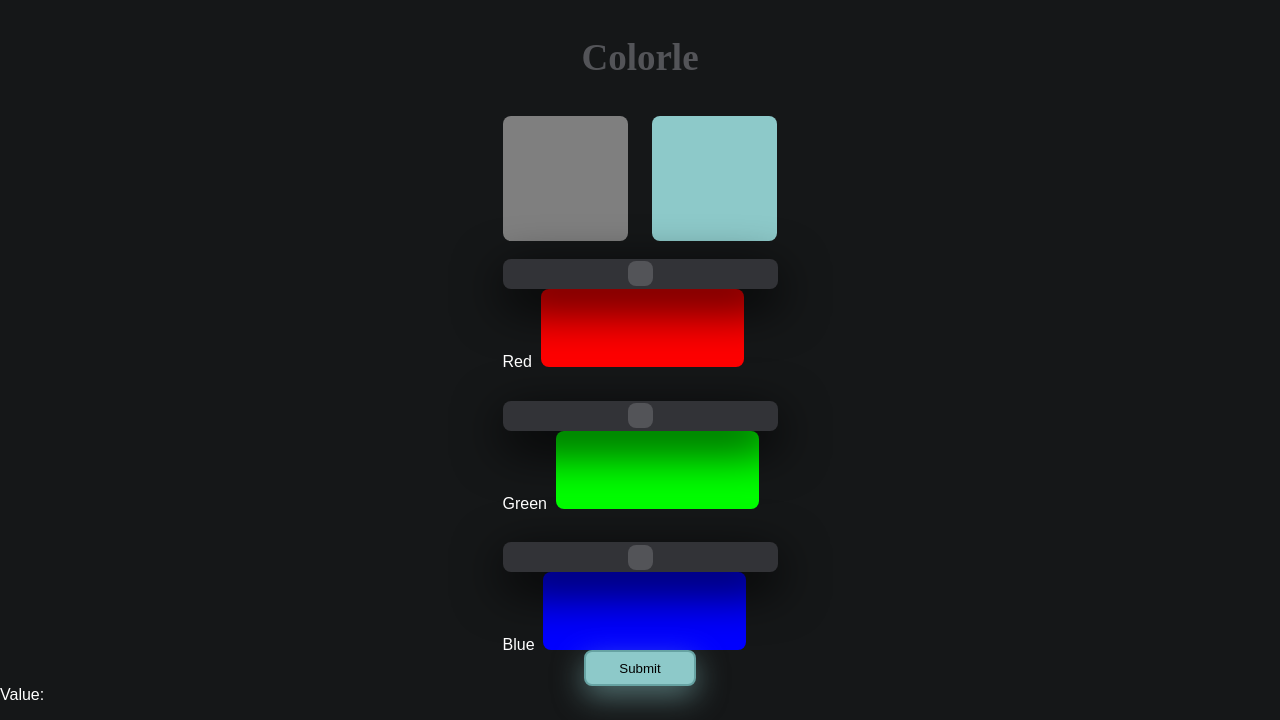
Repository: Artem-Melnik/Colorle
Page: index.html
These files come from the project's save history. The page is drawn as it stood at one moment and after the next save; the edit follows.
The browser window is 1280 px wide. The pictures show the whole page.
The first visible `#submitButton` is being pressed.

Above is the page before, as saved 2022-05-14 17:19:37.

### index.html
<!-- TODO: Change text/icon color -->
<!-- TODO: Represent guess correctness using Linear-style icons -->
<!-- TODO: Replace Colorle text logo with SVG/image due to font problems -->
<!-- TODO: Add textboxes where player can enter exact RGB values -->
<!DOCTYPE html>
<html>
  <head>
    <title>Parcel Sandbox</title>
    <link rel="stylesheet" href="styles.css">
    <meta charset="UTF-8" />
    <meta name="viewport" content="width=device-width" />
  </head>

  <script
    src="https://ajax.googleapis.com/ajax/libs/jquery/3.6.0/jquery.min.js"
    type="text/javascript"
  ></script>
  <script
    src="https://ajax.googleapis.com/ajax/libs/jqueryui/1.13.1/jquery-ui.min.js"
    type="text/javascript"
  ></script>
  <script src="https://unpkg.com/feather-icons"></script>
  <script>
      feather.replace();
    </script>
  <script type="module" src="index.js" type="text/javascript"></script>

  <body>
    <div id="app"></div>
    <div class="topBar">
      <p id="title">Colorle</p>
      <p>
        <button type="button" id="themeToggle">
          <i id="themeIcon" data-feather="sun"></i>
        </button>
      </p>
    </div>

    <div id="topColors">
      <div id="previewAll"></div>
      <div id="correctColor"></div>
    </div>
    <div id="redContainer">
      <input
        type="range"
        min="0"
        max="255"
        value="128"
        class="slider"
        id="sliderRed"
      />
      <p class="currentColor" id="currentRed">Red</p>
      <p class="rating" id="ratingRed"></p>
      <div id="previewRed"></div>
    </div>
    <div id="greenContainer">
      <input
        type="range"
        min="0"
        max="255"
        value="128"
        class="slider"
        id="sliderGreen"
      />
      <p class="currentColor" id="currentGreen">Green</p>
      <p class="rating" id="ratingGreen"></p>
      <div id="previewGreen"></div>
    </div>
    <div id="blueContainer">
      <input
        type="range"
        min="0"
        max="255"
        value="128"
        class="slider"
        id="sliderBlue"
      />
      <p class="currentColor" id="currentBlue">Blue</p>
      <p class="rating" id="ratingBlue"></p>
      <div id="previewBlue"></div>
    </div>
    <div class="guessText">
      <p>Value: <span id="guessColor"></span></p>
    </div>
    <div class="buttonContainer">
      <button type="button" id="submitButton">Submit</button>
    </div>
  </body>
</html>

### styles.css
body {
  font-family: sans-serif;
  margin: 0;
  background: #151718;
  color: #ffffff;
}

.lightTheme {
  background: #ffffff;
  color: #151718;
}

/* Changes the correctColor gradient to dark/black */
/* .correctColorDark {
  background-image: linear-gradient(
    to bottom,
    rgba(0, 0, 0, 0),
    rgba(0, 0, 0, 1) 100%
  ) !important;
} */

#themeToggle {
  width: 25px;
  height: 25px;
  position: absolute;
  right: 15px;
  top: 15px;
  color: grey;
  background: none;
  border: none;
}

#themeIcon {
  color: grey;
  width: 25px;
  height: 25px;
  transform: scale(1);
  transition: all 0.5s;
}

#themeIcon.animate {
  color: grey;
  transform: scale(0);
}

.transform-active {
  /* background-color: blue;
  animation-name: darkToLight;
  animation-duration: 1s; */
  color: #151718;
}

.transform {
  -webkit-transition: all 2s ease;
  -moz-transition: all 2s ease;
  -o-transition: all 2s ease;
  -ms-transition: all 2s ease;
  transition: all 2s ease;
}

/* @keyframes darkTolight {
  0% {
    color: #ffffff;
  }
  100% {
    color: #151718;
  }
} */

#title {
  justify-content: center;
  font-family: "Asap";
  font-style: normal;
  font-weight: 700;
  font-size: 37px;
  line-height: 42px;
  display: flex;
  align-items: center;
  text-align: center;
  color: #535458;
}

/* #previewId {
  width: 100px;
  height: 100px;
  background-color: var(color);
  border: solid black;
} */

/* correctColor gradient */
/* #correctColor {
  position: absolute;
  top: 0px;
  width: 100%;
  height: 25%;
  background-color: var(color);
  margin: auto;
  background-image: linear-gradient(
    to bottom,
    rgba(255, 255, 255, 0),
    rgba(255, 255, 255, 1) 100%
  );
  z-index: -1;
} */

#topColors {
  width: 275px;
  margin: auto;
}

#correctColor {
  display: inline-block;
  position: relative;
  width: 125px;
  height: 125px;
  border-radius: 8px;
  margin-left: 10px;
}

#previewAll {
  background-color: rgb(127, 127, 127);
  display: inline-block;
  position: relative;
  width: 125px;
  height: 125px;
  border-radius: 8px;
  order: 1;
  margin-right: 10px;
}

#redContainer,
#greenContainer,
#blueContainer {
  display: auto;
  justify-content: center;
  margin: auto;
  width: 275px;
}

#sliderRed,
#sliderGreen,
#sliderBlue {
  display: block;
  -webkit-appearance: none;
  -moz-appearance: none;
  appearance: none;
  background: #323337;
  width: 275px;
  height: 30px;
  top: 100px;
  border-radius: 8px;
  margin: auto;
  margin-top: 5%;
  filter: drop-shadow(0px 15px 25px #000000);
}

#sliderRed::-webkit-slider-thumb,
#sliderGreen::-webkit-slider-thumb,
#sliderBlue::-webkit-slider-thumb {
  -webkit-appearance: none;
  appearance: none;
  width: 25px;
  height: 25px;
  background: #535458;
  cursor: pointer;
  border-radius: 8px;
}

#currentRed,
#currentGreen,
#currentBlue,
#ratingRed,
#ratingGreen,
#ratingBlue {
  display: inline-block;
  position: relative;
}

#previewRed,
#previewGreen,
#previewBlue {
  display: inline-block;
  position: relative;
  width: 203px;
  height: 78px;
  /* background-color: var(color); */
  /* border: solid black; */
  border-radius: 8px;
  margin: auto;
  z-index: -1;
}

#previewRed {
  background-color: rgb(255, 0, 0);
}

#previewGreen {
  background-color: rgb(0, 255, 0);
}

#previewBlue {
  background-color: rgb(0, 0, 255);
}

.buttonContainer {
  display: flex;
  justify-content: center;
}

#submitButton {
  position: fixed;
  width: 112px;
  height: 36px;
  bottom: 4%;
  border: 2px solid;
  border-radius: 8px;
  transition: all 0.3s ease 0s;
}

#submitButton:hover {
  position: fixed;
  width: 112px;
  height: 36px;
  bottom: 4%;
  border: 2px solid;
  border-radius: 8px;
  filter: drop-shadow(0px 10px 15px #8dc9c980);
  transform: translateY(-5px);
}

### index.js
// document.getElementById("sliderRange").innerHTML = `
// <div class="slidercontainer"></div>
// `;
// var root = document.querySelector(":root");
// var slider = document.getElementById("sliderRange");
// // Change "demo" to something else?
// var sliderRange = document.getElementById("demo");
// sliderRange.innerHTML = slider.value;
let correctRed = 141;
let correctGreen = 201;
let correctBlue = 201;

let red;
let green;
let blue;
// TODO: Split correctRGB into 3 seperate colors
let correctRgb =
  "rgb(" + correctRed + ", " + correctGreen + ", " + correctBlue + ")";

function changeColor() {
  red = document.getElementById("sliderRed").value;
  green = document.getElementById("sliderGreen").value;
  blue = document.getElementById("sliderBlue").value;

  document.getElementById("previewRed").style.backgroundColor =
    "rgb(" + red + ", 0, 0)";
  document.getElementById("previewGreen").style.backgroundColor =
    "rgb(0," + green + ", 0)";
  document.getElementById("previewBlue").style.backgroundColor =
    "rgb(0, 0," + blue + ")";

  document.getElementById("currentRed").textContent = red;
  document.getElementById("currentGreen").textContent = green;
  document.getElementById("currentBlue").textContent = blue;
}

// Shows guess color when submit button is clicked
// Also checks how close the guess is to the correct color
function onSubmit() {
  document.getElementById("previewAll").style.backgroundColor =
    "rgb(" + red + ", " + green + ", " + blue + ")";
  document.getElementById("guessColor").textContent =
    "rgb(" + red + ", " + green + ", " + blue + ")";

  // TODO: Optimize code for red, green, and blue checks
  // Check if red guess is correct
if (red == correctRed) {
  document.getElementById('ratingRed').innerText = "SS";
} else if ((red > correctRed - 6) && (red < correctRed + 6)) {
  document.getElementById('ratingRed').innerText = "S";
} else if ((red > correctRed - 12) && (red < correctRed + 12)) {
  document.getElementById('ratingRed').innerText = "A";
} else if ((red > correctRed - 24) && (red < correctRed + 24)) {
  document.getElementById('ratingRed').innerText = "B";
} else if ((red > correctRed - 48) && (red < correctRed + 48)) {
  document.getElementById('ratingRed').innerText = "C";
} else {
  document.getElementById('ratingRed').innerText = "D";
}

  // Does same thing as red check but for green
if (green == correctGreen) {
  document.getElementById('ratingGreen').innerText = "SS";
} else if ((green > correctGreen - 6) && (green < correctGreen + 6)) {
  document.getElementById('ratingGreen').innerText = "S";
} else if ((green > correctGreen - 12) && (green < correctGreen + 12)) {
  document.getElementById('ratingGreen').innerText = "A";
} else if ((green > correctGreen - 24) && (green < correctGreen + 24)) {
  document.getElementById('ratingGreen').innerText = "B";
} else if ((green > correctGreen - 48) && (green < correctGreen + 48)) {
  document.getElementById('ratingGreen').innerText = "C";
} else {
  document.getElementById('ratingGreen').innerText = "D";
}

  // Does same thing as red check but for blue
if (blue == correctBlue) {
  document.getElementById('ratingBlue').innerText = "SS";
} else if ((blue > correctBlue - 6) && (blue < correctBlue + 6)) {
  document.getElementById('ratingBlue').innerText = "S";
} else if ((blue > correctBlue - 12) && (blue < correctBlue + 12)) {
  document.getElementById('ratingBlue').innerText = "A";
} else if ((blue > correctBlue - 24) && (blue < correctBlue + 24)) {
  document.getElementById('ratingBlue').innerText = "B";
} else if ((blue > correctBlue - 48) && (blue < correctBlue + 48)) {
  document.getElementById('ratingBlue').innerText = "C";
} else {
  document.getElementById('ratingBlue').innerText = "D";
}

  // if ("rgb(" + red + "," + green + "," + blue + ")" === "rgb(141,201,201)") {
  //   alert("Correct!");
  // }
}

$("#themeToggle").click(function () {
  $("#themeIcon").toggleClass("animate");
});

function themeSwitch() {
  document.body.classList.toggle("lightTheme");
  document.getElementById("correctColor").classList.toggle("correctColorDark");
}

document.getElementById("correctColor").style.backgroundColor = correctRgb;
document.getElementById("submitButton").style.backgroundColor = correctRgb;
document.getElementById("submitButton").style.borderColor =
  "rgb(" +
  (correctRed - 38) +
  ", " +
  (correctGreen - 38) +
  ", " +
  (correctBlue - 38) +
  ")";

document.getElementById("sliderRed").addEventListener("input", changeColor);
document.getElementById("sliderGreen").addEventListener("input", changeColor);
document.getElementById("sliderBlue").addEventListener("input", changeColor);
document.getElementById("submitButton").addEventListener("click", onSubmit);
document.getElementById("themeToggle").addEventListener("click", themeSwitch);

// Plugs in sliderRange for green in RGB
// Outputs the value of the slider
// slider.oninput = function () {
//   sliderRange.innerHTML = this.value;
//   root.style.setProperty("--green", sliderRange);
//   alert(sliderRange);
// };

After the next save:
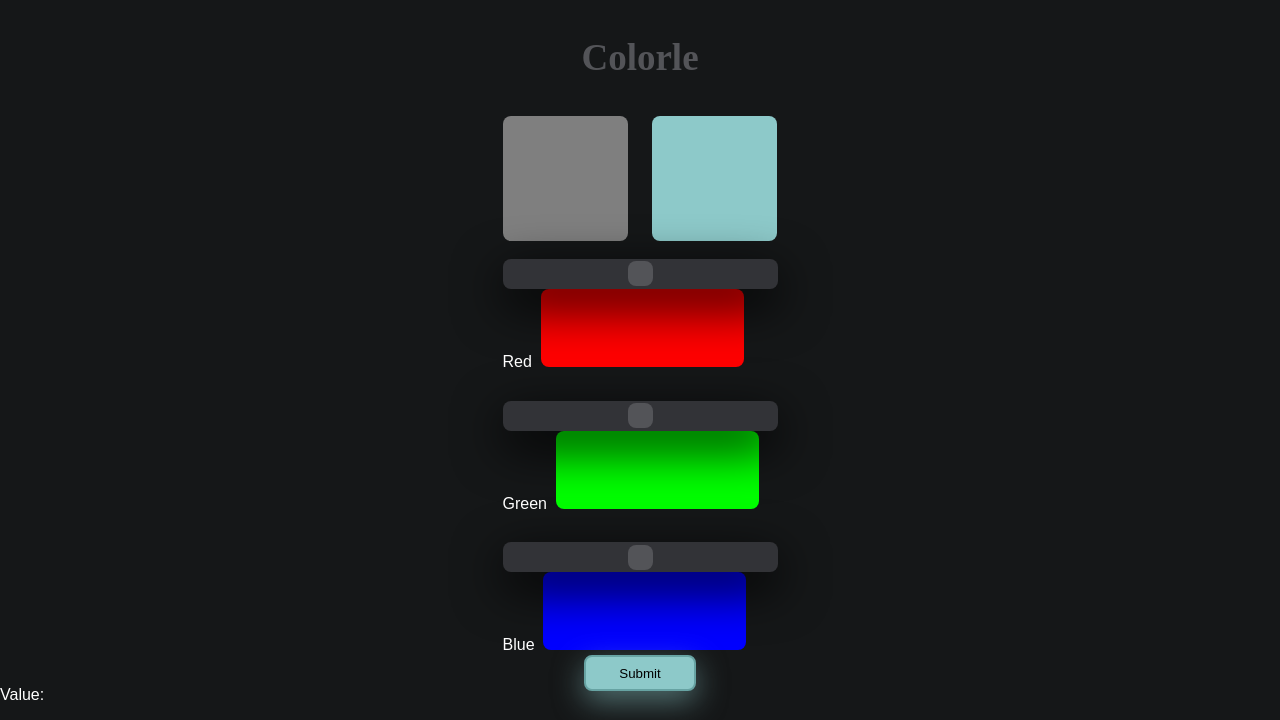
Saved 73 s later.
--- a/styles.css
+++ b/styles.css
@@ -227,3 +227,14 @@ body {
   filter: drop-shadow(0px 10px 15px #8dc9c980);
   transform: translateY(-5px);
 }
+
+#submitButton:active {
+  position: fixed;
+  width: 112px;
+  height: 36px;
+  bottom: 4%;
+  border: 2px solid;
+  border-radius: 8px;
+  filter: drop-shadow(0px 10px 15px #8dc9c980);
+  transform: translateY(0px);
+}
